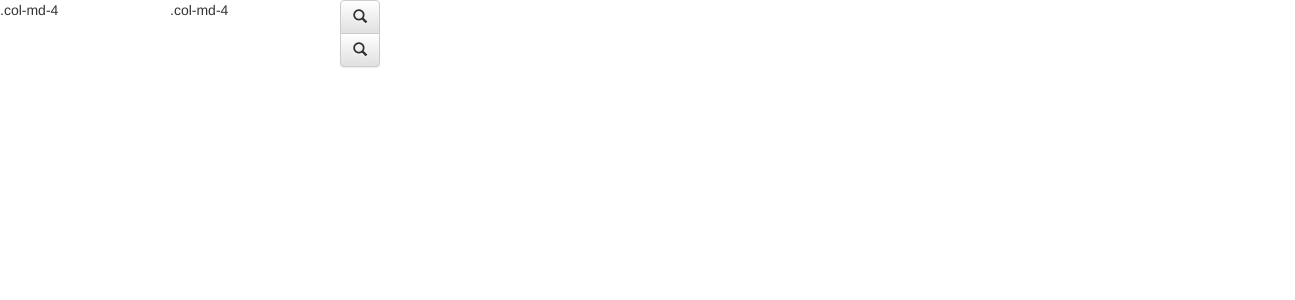
Repository: bmatusiak/bbb-usb-tool-nw
Page: index.html
The author's editor kept a record of every edit. The page is drawn from the files as they stood at one moment, then again after the next edit.
The browser window is 1280 px wide. The page is 1280 px wide, then 1295 px, then 1280 px, so the pictures cover 1295 px, including what lies to the right of the window. The pictures show the whole page.

Above is the page before.
Console error: ReferenceError: global is not defined

### index.html
<!DOCTYPE html>
<html>

    <head>
        <title>USB-Tool</title>
        <meta name="viewport"
        content="width=device-width, initial-scale=1.0">

        <link rel="stylesheet" href="bootstrap/css/bootstrap.css" />
        <link rel="stylesheet" href="bootstrap/css/bootstrap-theme.css">
        <script src="js/jquery-1.8.2.min.js"></script>
        <style type="text/css">
            html,body{

            }
        </style>
    </head>

    <body style="height:272px;width:480px;">
        <div class="row" style="height:100%;" >
            <div class="col-xs-4">.col-md-4</div>
            <div class="col-xs-4">.col-md-4</div>
            <div class="col-xs-4">
                <div class="btn-group-vertical">
                  <button type="button" class="btn btn-default" style="height:50%;"><span class="glyphicon glyphicon-search"></span></button>
                  <button type="button" class="btn btn-default"><span class="glyphicon glyphicon-search"></span></button>
                </div>

            </div>
        </div>

        <script src="bootstrap/js/bootstrap.min.js"></script>

        <script src="main.js"></script>
    </body>

</html>

### main.js
var $ = global.$ = $;
var spawn = require('child_process').spawn

    function runCommand(cmd, done) {
        var c = cmd.split(" ");
        var Cmd = c.splice(0, 1);
        var runC = spawn(Cmd, c);
        var runCout = "";
        var runCerr = "";

        if (!done) done = function() {};

        runC.stdout.on('data', function(data) {
            runCout += data.toString();
        });

        runC.stderr.on('data', function(data) {
            runCerr += data.toString();
        });

        runC.on('close', function(code) {
            alert(runCerr);
            alert(runCout);
            done();
        });
    }

var gui = require('nw.gui');
var win = gui.Window.get();

$(document).ready(function() {
    win.resizeTo(window.screen.availWidth, window.screen.availHeight);
});

var fs = require('fs');

function setupFiles(fpath) {
    fs.readdir(fpath, function(err, files) {
        if (err) throw err;
        for (var i in files) {
            var theFile = $('<button type="button" class="file btn btn-default btn-block" data-fpath="' + fpath + '">' + files[i] + '</button>');
            theFile.appendTo("#files");
            theFile.click(function() {
                $(".file").removeClass("btn-warning");
                $(this).addClass("btn-warning");
            });
        }
    });
}

setupFiles("/mnt/microsd");

$("#btn-ok").click(function() {
    var file = $(".file.btn-warning").data("fpath") + "/" + $(".file.btn-warning").text();
    //alert(file);
    runCommand("rmmod g_mass_storage", function() {
        $(".btn-primary").removeClass("btn-primary");

        runCommand("modprobe g_mass_storage file=" + file + " cdrom=1", function() {
            $(".file.btn-warning").removeClass("btn-warning").addClass("btn-primary");
        });
    })

})

Loaded but not shown: bootstrap/css/bootstrap.css (library); bootstrap/css/bootstrap-theme.css (library); js/jquery-1.8.2.min.js (library); bootstrap/js/bootstrap.min.js (library)

After the next edit:
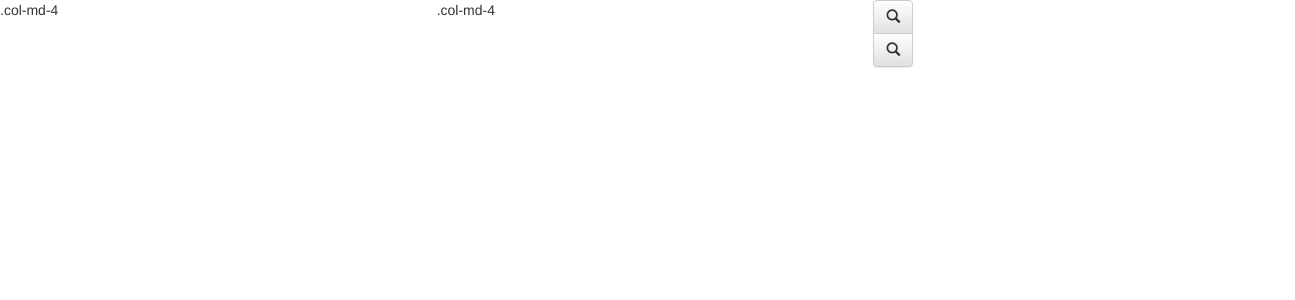
The edit:
--- a/index.html
+++ b/index.html
@@ -16,7 +16,7 @@
         </style>
     </head>
 
-    <body style="height:272px;width:480px;">
+    <body style="">
         <div class="row" style="height:100%;" >
             <div class="col-xs-4">.col-md-4</div>
             <div class="col-xs-4">.col-md-4</div>

After the edit that followed:
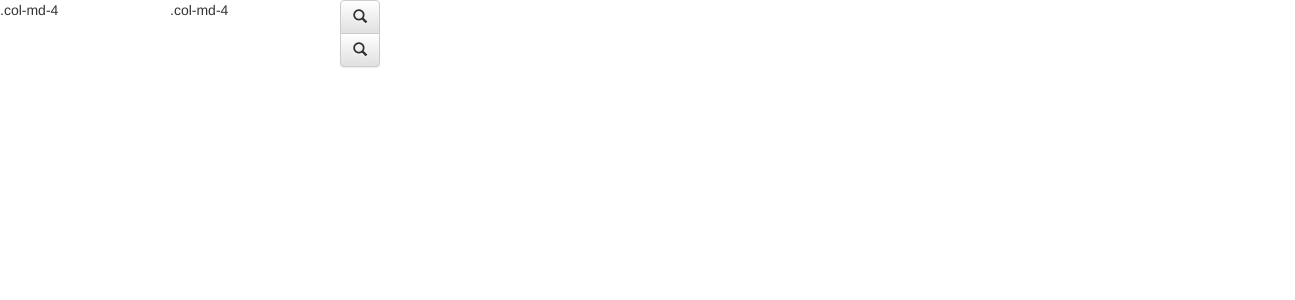
The edit:
--- a/index.html
+++ b/index.html
@@ -11,7 +11,8 @@
         <script src="js/jquery-1.8.2.min.js"></script>
         <style type="text/css">
             html,body{
-
+                height:272px;
+                width:480px;
             }
         </style>
     </head>
